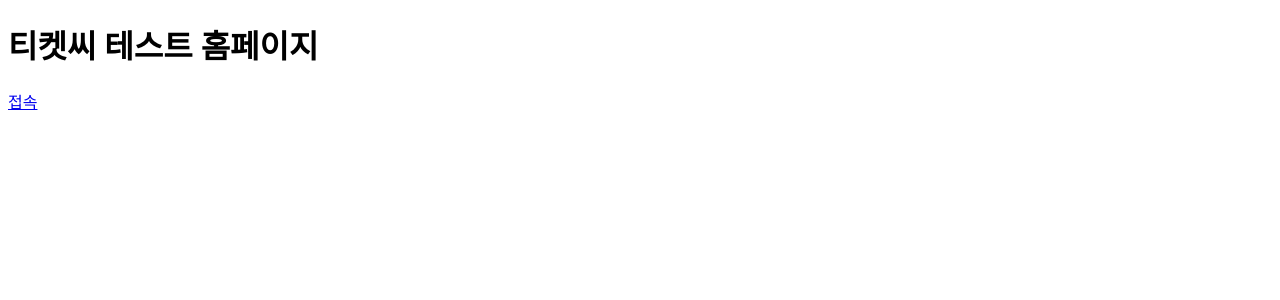
Repository: ONG-YG/Ticket_Sea
Page: http://localhost/TicketSeaMVC/
The author's editor kept a copy of each file at every save. The page is drawn from the files as they stood at one save, then again after the next save.
The browser window is 1280 px wide. The pictures show the whole page.
The page is served by Tomcat 9.

Above is the page before, as saved 2018-10-23 09:50:42.

### TicketSeaMVC/WebContent/index.jsp
<%@ page language="java" contentType="text/html; charset=UTF-8"
    pageEncoding="UTF-8"%>
<!DOCTYPE html PUBLIC "-//W3C//DTD HTML 4.01 Transitional//EN" "http://www.w3.org/TR/html4/loose.dtd">
<html>
<head>
<meta http-equiv="Content-Type" content="text/html; charset=UTF-8">
<title>Insert title here</title>
</head>
<body>
<h1>티켓씨 테스트 홈페이지</h1>
<a href="views/main/mainPage">접속</a>

</body>
</html>

After the next save:
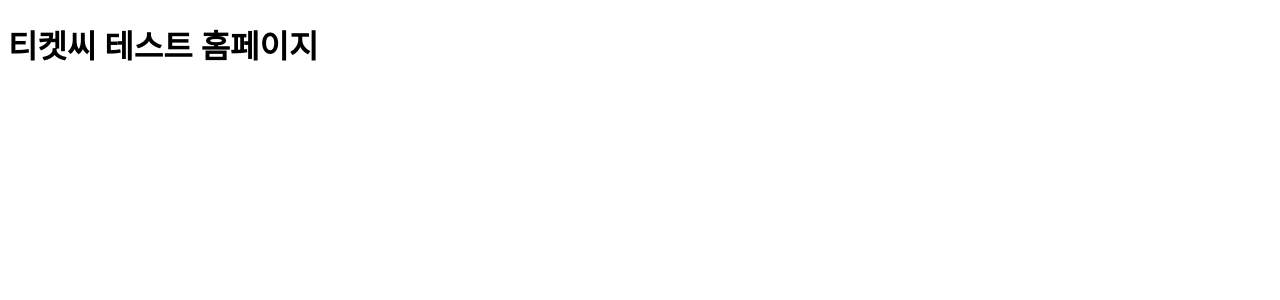
Saved 65 s later.
--- a/TicketSeaMVC/WebContent/index.jsp
+++ b/TicketSeaMVC/WebContent/index.jsp
@@ -8,7 +8,7 @@
 </head>
 <body>
 <h1>티켓씨 테스트 홈페이지</h1>
-<a href="views/main/mainPage">접속</a>
+
 
 </body>
 </html>

After the save that followed:
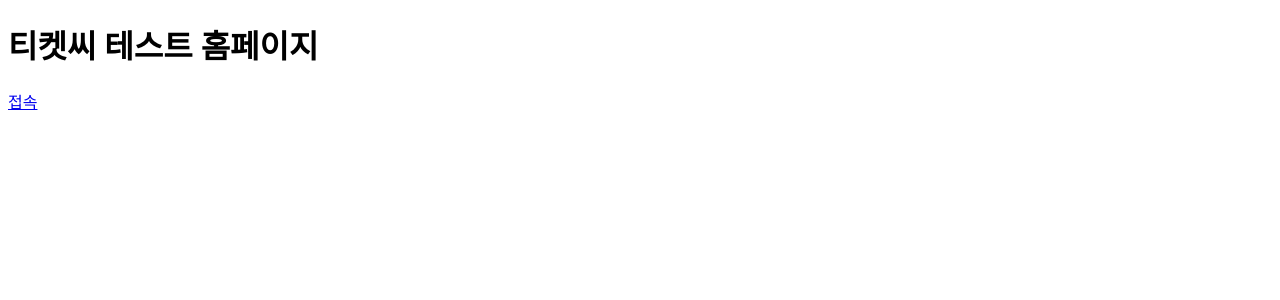
Saved 4 s later.
--- a/TicketSeaMVC/WebContent/index.jsp
+++ b/TicketSeaMVC/WebContent/index.jsp
@@ -8,7 +8,7 @@
 </head>
 <body>
 <h1>티켓씨 테스트 홈페이지</h1>
-
+<a href="views/main/mainPage">접속</a>
 
 </body>
 </html>
